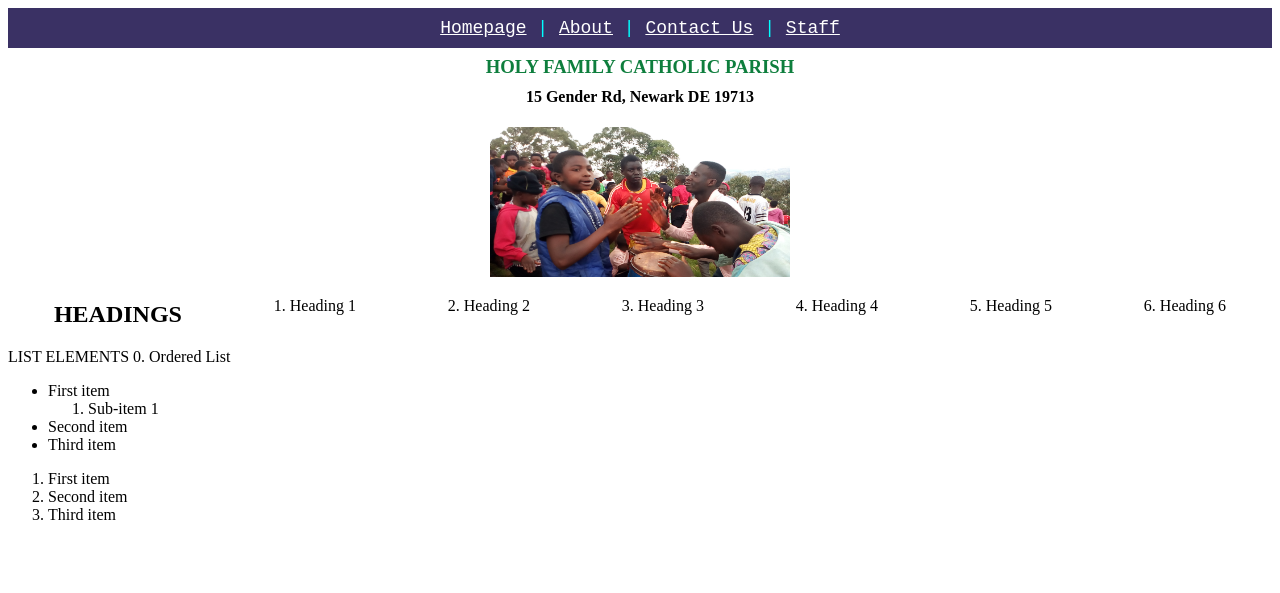
Repository: ficotims/HTML-RESTART
Page: Homepage.html
An editor plug-in stored every save of this project. The page is shown before and after the next save, followed by the edit.
The browser window is 1280 px wide. The pictures show the whole page.

Above is the page before, as saved 2026-02-10 17:14:25.

After the next save:
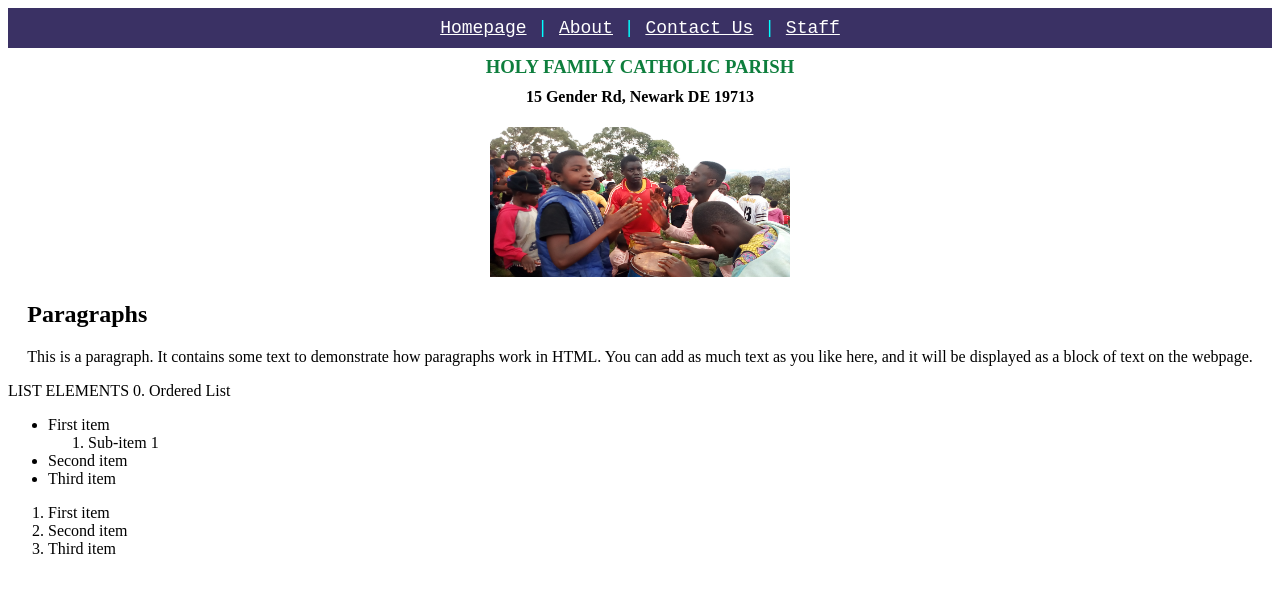
Saved 48 s later.
--- a/Homepage.html
+++ b/Homepage.html
@@ -27,13 +27,9 @@
       </div>
 
       <section class="container">
-        <h2>HEADINGS</h2>
-        <p>1. Heading 1</p>
-        <p>2. Heading 2</p>
-        <p>3. Heading 3</p>
-        <p>4. Heading 4</p>
-        <p>5. Heading 5</p>
-        <p>6. Heading 6</p>
+        <div class="box">
+          <h2>Paragraphs</h2>
+          <p>This is a paragraph. It contains some text to demonstrate how paragraphs work in HTML. You can add as much text as you like here, and it will be displayed as a block of text on the webpage.</p>
       </section>
     <!-- this is LIST -->
 <hi2>LIST ELEMENTS</h2>
